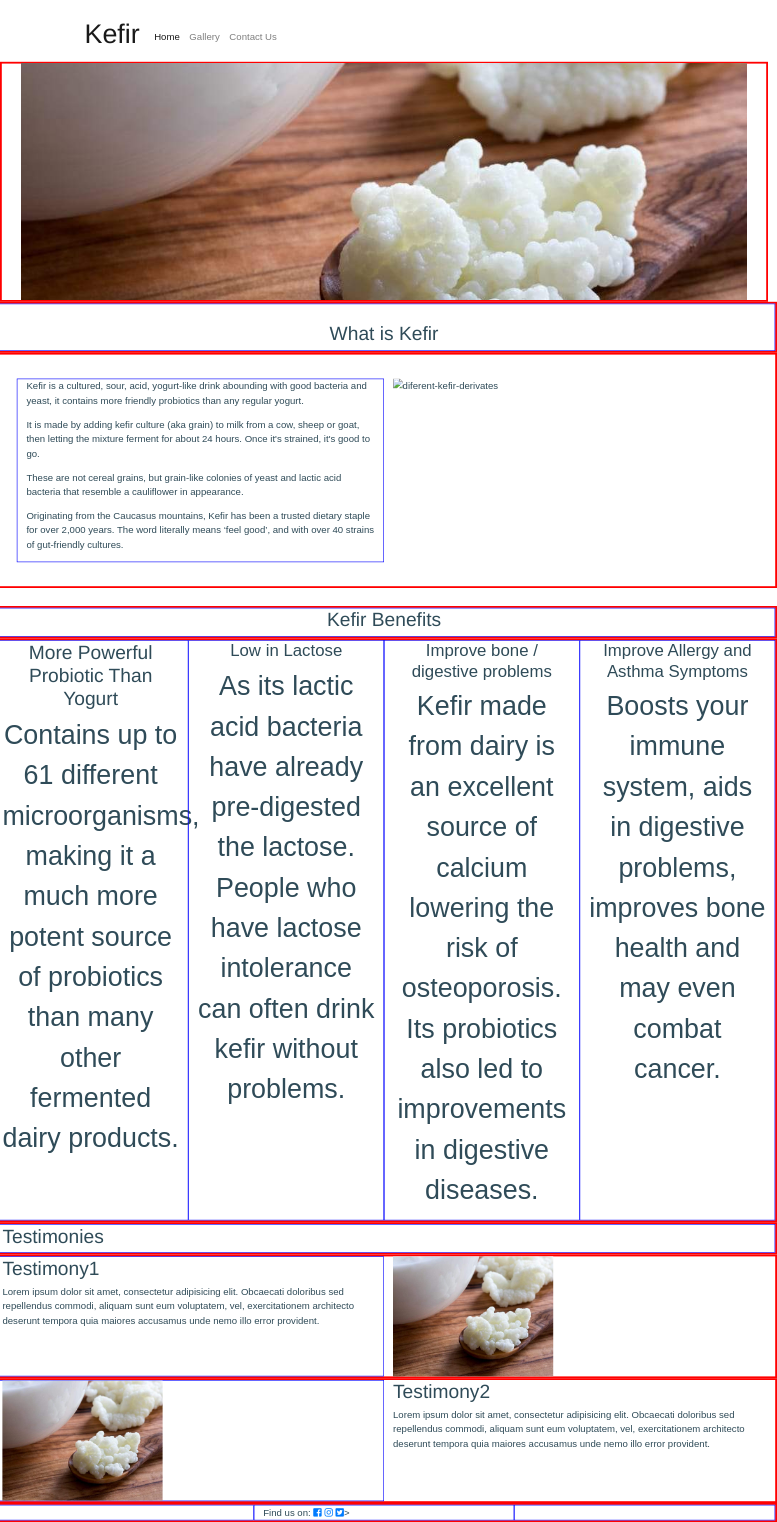
Repository: Code-Institute-Submissions/andna5980-kefir-repo_JuneResub
Page: index.html
These files come from the project's save history. The page is drawn as it stood at one moment and after the next save; the edit follows.
The browser window is 1280 px wide. The page is 1295 px wide, so the pictures cover 1295 px, including what lies to the right of the window. The pictures show the whole page, at 60% of full size.
Some web fonts or font styles are not loaded; a fallback is used. Some web libraries are served in a nearby version.

Above is the page before, as saved 2021-03-01 20:45:51.

After the next save:
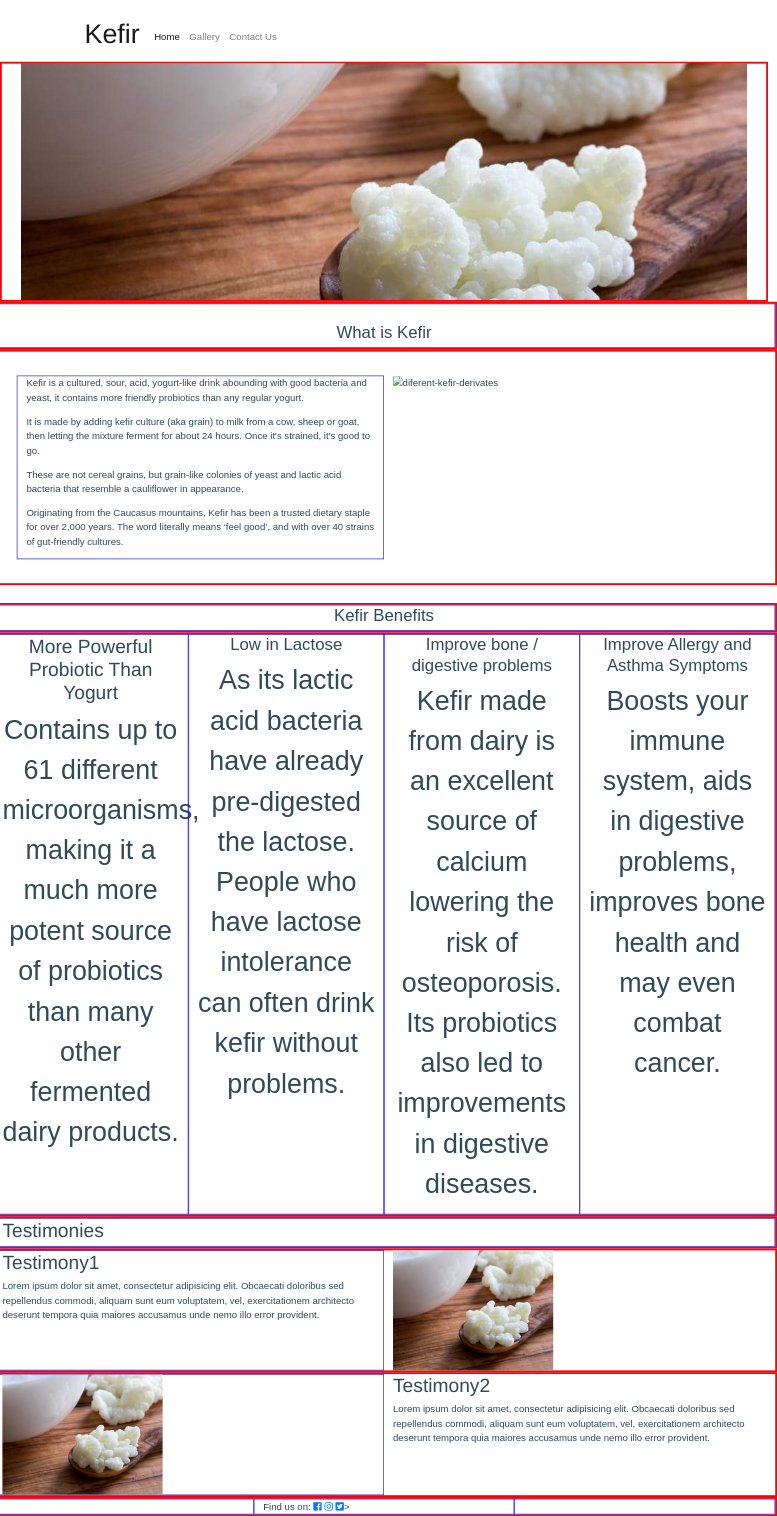
Saved 41 s later.
--- a/index.html
+++ b/index.html
@@ -54,7 +54,7 @@
   <section>
     <div class="test-red row">
       <div class="welcome-text test-blue col-12">
-        <h2>What is Kefir</h2>
+        <h3>What is Kefir</h3>
       </div>
     </div>
 
@@ -83,7 +83,7 @@
   <section class="benefits-title">
     <div class="test-red row">
       <div class=" test-blue col-12">
-        <h2> Kefir Benefits </h2>
+        <h3> Kefir Benefits </h3>
       </div>
     </div>
 
